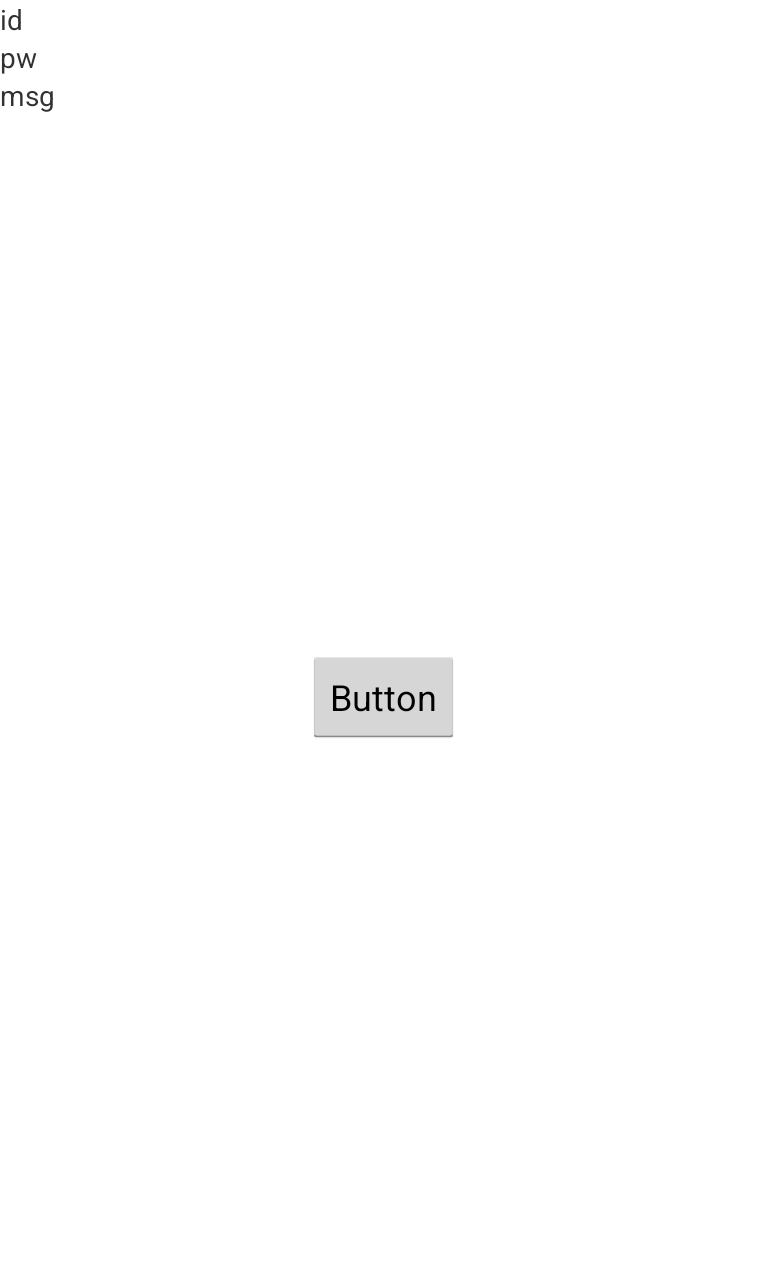
Repository: mewards/Android_Study
Layout: hw/wooil/hw4/res/layout/check.xml
The author's editor kept a copy of each file at every save. The layout is drawn from the files as they stood at one save, then again after the next save.
It is drawn on a 768 x 1280 px phone screen (xhdpi) without system bars, with theme AppTheme; the app's code is not run.

Above is the layout before, as saved 2014-03-04 05:40:06.

After the next save:
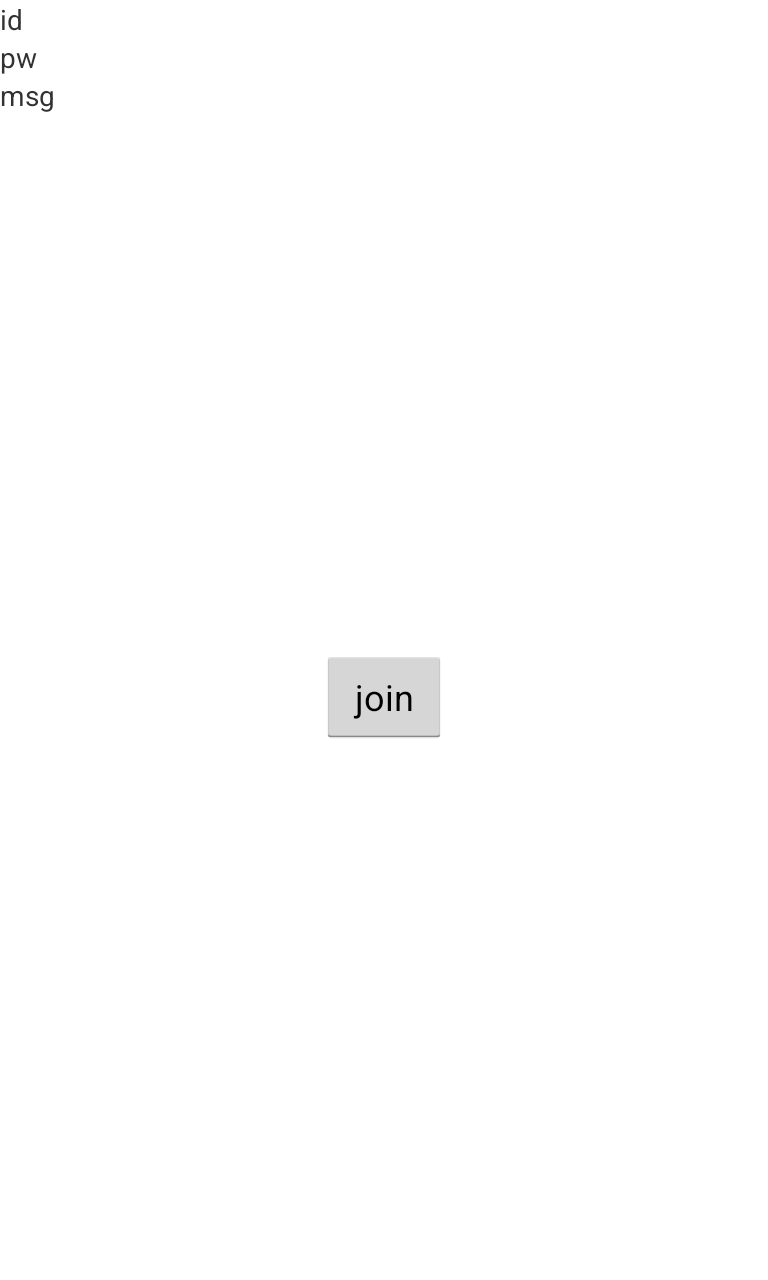
Saved 12 s later.
--- a/hw/wooil/hw4/res/layout/check.xml
+++ b/hw/wooil/hw4/res/layout/check.xml
@@ -37,7 +37,7 @@
             android:layout_width="wrap_content"
             android:layout_height="wrap_content"
             android:layout_gravity="center_vertical"
-            android:text="Button" />
+            android:text="join" />
     </LinearLayout>
 
 </LinearLayout>
